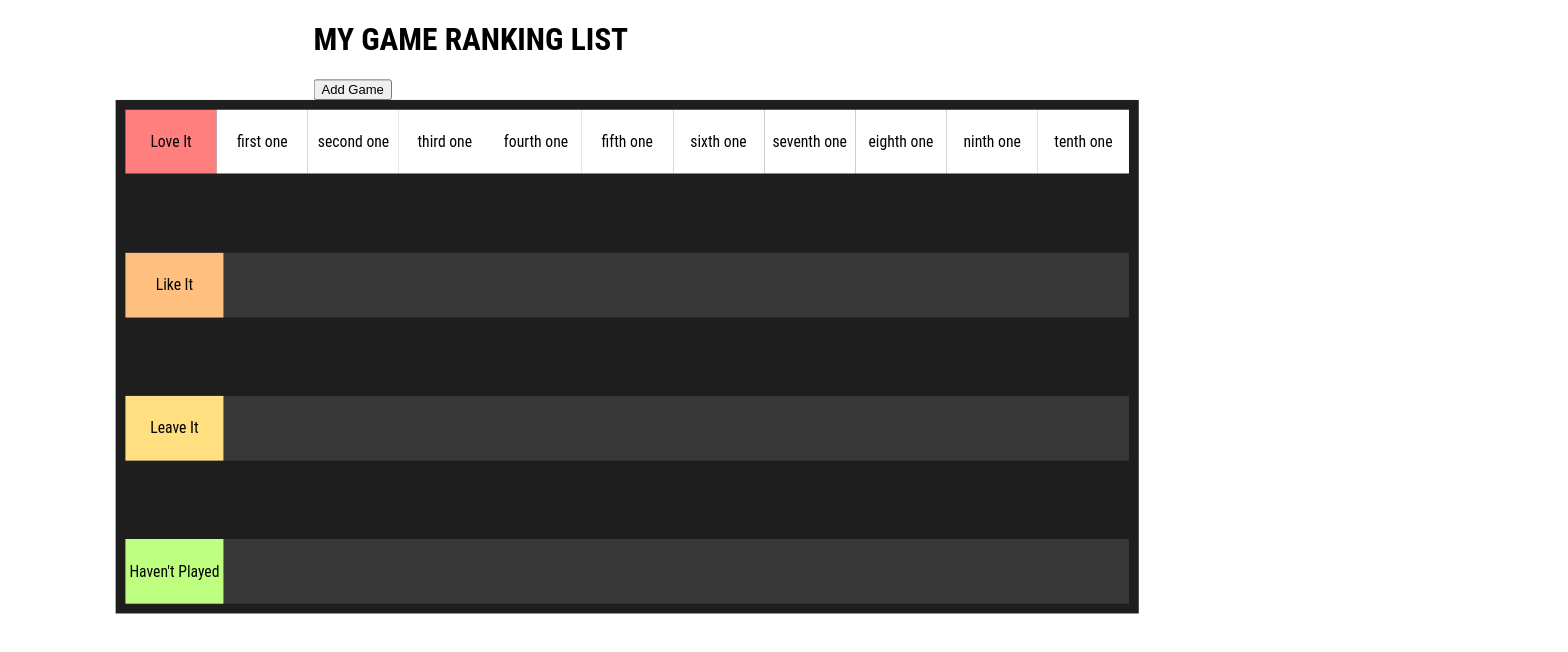
Repository: akiachenise/akiachenise.github.io
Page: JackboxGames_TierList_vanilla/index.html
The author's editor kept a copy of each file at every save. The page is drawn from the files as they stood at one save, then again after the next save.
The browser window is 1280 px wide. The page is 1600 px wide, so the pictures cover 1600 px, including what lies to the right of the window. The pictures show the whole page, at 98% of full size.

Above is the page before, as saved 2022-11-26 17:22:50.

### JackboxGames_TierList_vanilla/index.html
<!DOCTYPE html>
<!--[if lt IE 7]>      <html class="no-js lt-ie9 lt-ie8 lt-ie7"> <![endif]-->
<!--[if IE 7]>         <html class="no-js lt-ie9 lt-ie8"> <![endif]-->
<!--[if IE 8]>         <html class="no-js lt-ie9"> <![endif]-->
<!--[if gt IE 8]>      <html class="no-js"> <!--<![endif]-->
<html lang="en-US">
  <head>
    <meta charset="utf-8" />
    <meta http-equiv="X-UA-Compatible" content="IE=edge" />
    <title>My Game Ranking List</title>
    <meta name="description" content="My Game Ranking" />
    <meta name="viewport" content="width=device-width, initial-scale=1" />
    <link rel="stylesheet" type="text/css" href="css/stylesheet.css" />
    <link rel="stylesheet" href="https://fonts.googleapis.com/css2?family=Roboto&display=swap">
  </head>
  <body>
    <!--[if lt IE 7]>
      <p class="browsehappy">
        You are using an <strong>outdated</strong> browser. Please
        <a href="#">upgrade your browser</a> to improve your experience.
      </p>
    <![endif]-->
    <span class="headerContainer">
        <h1>My Game Ranking List</h1>
        <button id="addCard" class="add">Add Game</button>
    </span>
    <div id="board">
        <div class = "row">
            <div class = "label">Love It</div>
            <div class="card" id="first" draggable="true">first one</div>
            <div class="card" id="second" draggable="true">second one</div>
            <div class="card" id="third" draggable="true">third one</div>
            <div class="card" id="fourth" draggable="true">fourth one</div>
            <div class="card" id="fifth" draggable="true">fifth one</div>
            <div class="card" id="sixth" draggable="true">sixth one</div>
            <div class="card" id="seventh" draggable="true">seventh one</div>
            <div class="card" id="eighth" draggable="true">eighth one</div>
            <div class="card" id="ninth" draggable="true">ninth one</div>
            <div class="card" id="ninth" draggable="true">tenth one</div>

        </div>
        <div class = "row">
            <div class = "label">Like It</div>
        </div>
        <div class = "row">
            <div class = "label">Leave It</div>
        </div>
        <div class = "row">
            <div class = "label">Haven't Played</div>
        </div>

    </div>


    <script src="js/cards.js" async defer></script>
    <script src="js/rows.js" async defer></script>
  </body>
</html>

### JackboxGames_TierList_vanilla/css/stylesheet.css
body {
    font-family: 'Roboto Condensed', Sans-serif;
    margin: 0;
    display: flex;
    flex-direction: column;
    align-items: center;
    justify-content: center;
}

.headerContainer {
    display: block;
    width: 100vw;
    align-items: center;
    padding-left: 40rem;

}

h1 {
    text-transform: uppercase;
}
button #addCard {
    text-color: white;
    background-color: #0170B9;


}

#board {
    display: flex;
    flex-direction: column;
    align-items: center;
    justify-content: space-between;
    padding: 10px;
    width: 80vw;
    height: 70vh;
    background-color: rgb(30, 30, 30);
}

.row {
    display: flex;
    width: 100%;
    height: 13%;
    background-color: rgb(56, 56, 56);
}

.label {
    display: flex;
    justify-content: center;
    align-items: center;
    height: 100%;
    width: 100px;
    background-color: orange;
}

.card {
    height: 100%;
    width: 100px;
    display: flex;
    justify-content: center;
    align-items: center;
    background-color: white;
}

### JackboxGames_TierList_vanilla/js/cards.js
const cards = document.querySelectorAll('.card');

const onDragStart = (event) => {
    console.log('dragging the element');
    event.dataTransfer.setData('id', event.target.id);
    setTimeout(() => {
        event.target.style.visibility = 'hidden';
    }, 50)
}

const onDragEnd = (event) => {
    event.target.style.visibility = 'visible';
    console.log('ended the drag');
}

cards.forEach((card) => {
    card.ondragstart = onDragStart;
    card.ondragend = onDragEnd;


})

### JackboxGames_TierList_vanilla/js/rows.js
const rows = document.querySelectorAll('.row');
const colorRanks = ['rgb(255, 127, 127)', 'rgb(255, 191, 127)', 'rgb(255, 223, 127)' , 'rgb(191, 255, 127)'];

const onDragOver = (event) => {
    event.preventDefault();
}

const onDrop = (event) => {
   event.preventDefault();
   const draggedCardId = event.dataTransfer.getData('id');
   const draggedCard = document.getElementById(draggedCardId);
   event.target.appendChild(draggedCard);
   console.log('dropped the element');
}

rows.forEach((row, index) => {
    const label = row.querySelector('.label');
    label.style.backgroundColor = colorRanks[index];
    row.ondragover = onDragOver;
    row.ondrop = onDrop;
})

After the next save:
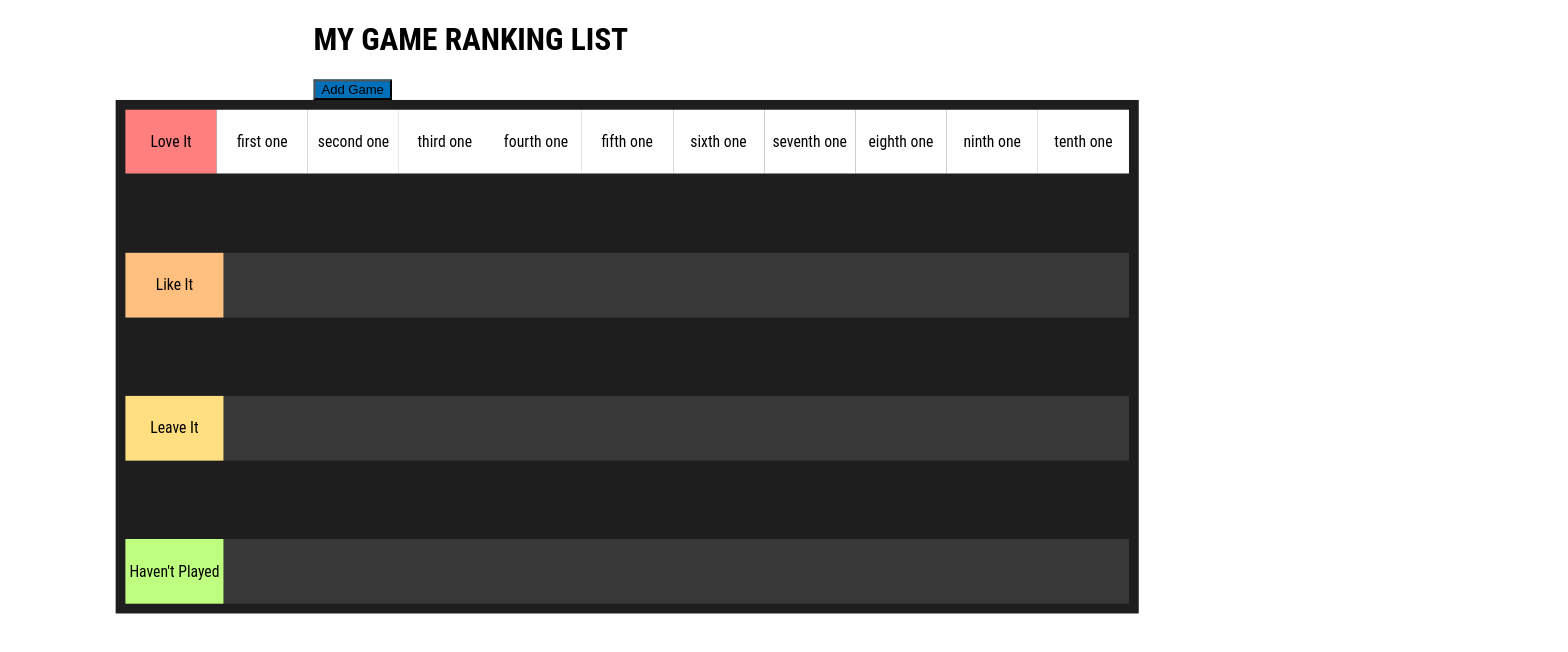
Saved 24 s later.
--- a/JackboxGames_TierList_vanilla/css/stylesheet.css
+++ b/JackboxGames_TierList_vanilla/css/stylesheet.css
@@ -18,7 +18,7 @@ body {
 h1 {
     text-transform: uppercase;
 }
-button #addCard {
+button {
     text-color: white;
     background-color: #0170B9;
 
